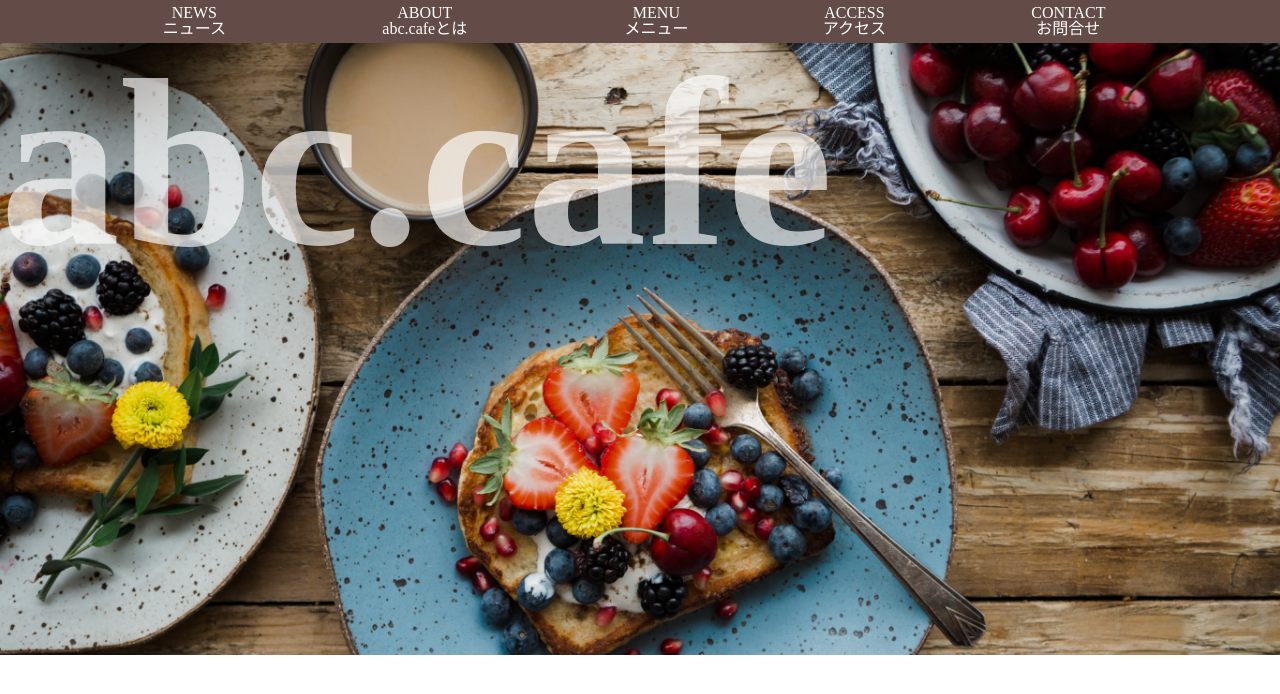
Repository: nozomi-23/lp1_test
Page: index.html
The author's editor kept a copy of each file at every save. The page is drawn from the files as they stood at one save, then again after the next save.
The browser window is 1280 px wide. The pictures show the whole page.

Above is the page before, as saved 2022-06-07 23:13:17.

After the next save:
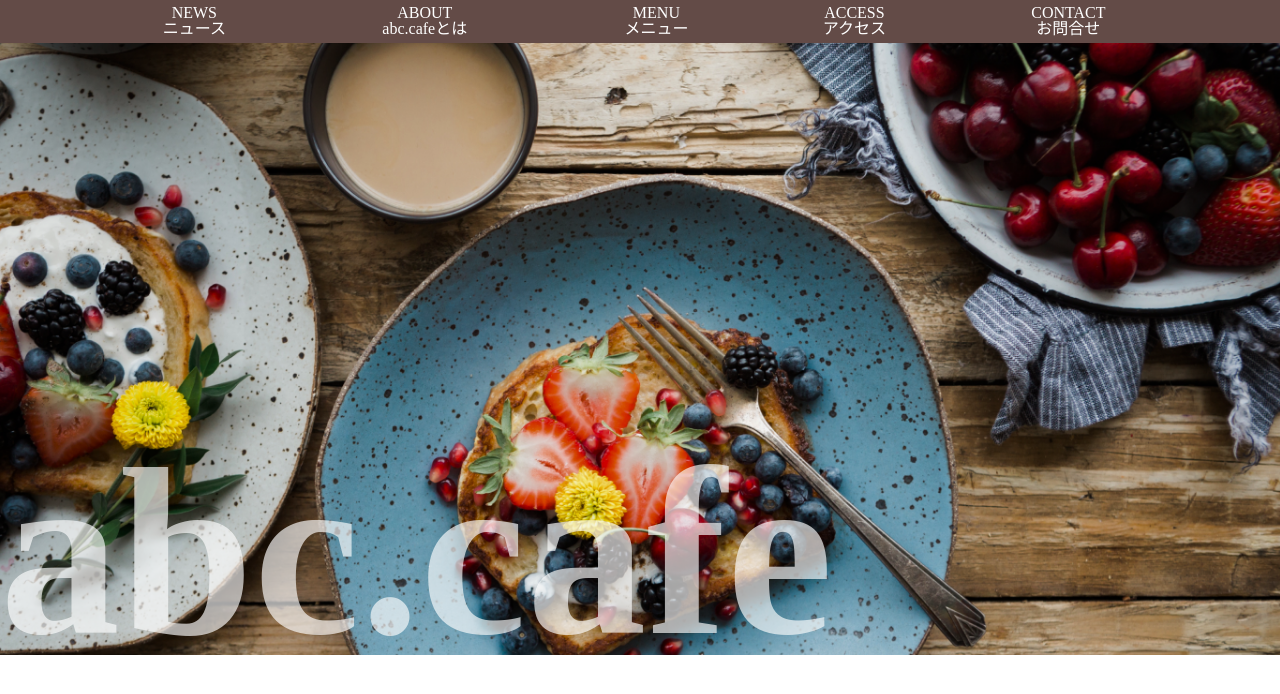
Saved 4 s later.
--- a/css/common.css
+++ b/css/common.css
@@ -63,7 +63,7 @@
 }
 .top_inner {
   position: absolute;
-  top: ;
+  top: 60%;
 
 }
 .top_inner h1{
